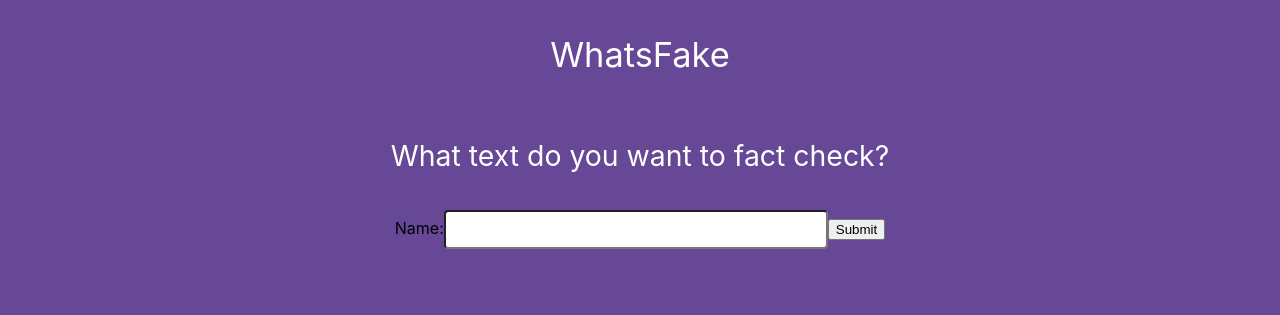
Repository: alkalox/FakeNews
Page: /
These files come from the project's save history. The page is drawn as it stood at one moment and after the next save; the edit follows.
The browser window is 1280 px wide. The pictures show the whole page.
The project was rebuilt for these pictures with package versions that can differ from the ones it lists, and the page was loaded fresh each time.

Above is the page before, as saved 2019-04-19 21:37:13.

### src/App.js
import React, { Component } from 'react';
import './App.css';

class App extends Component {
  constructor(props) {
    super(props);
    this.state = {value: ''};

    this.handleChange = this.handleChange.bind(this);
    this.handleSubmit = this.handleSubmit.bind(this);
  }

  handleChange(event) {
    this.setState({value: event.target.value});
  }

  handleSubmit(event) {
    alert('A name was submitted: ' + this.state.value);
    event.preventDefault();
  }

  render() {
    return (
      <div className="App">
        <div className = "Header">
          <header className="App-header">
            <p>
              WhatsFake
            </p>
          </header>
          <p className ="text">
            What text do you want to fact check?
          </p>
          <div className="Form">
            <form onSubmit={this.handleSubmit}>
              <label>
                Name:
                <input type="text" value={this.state.value} onChange={this.handleChange} className ="input" />
              </label>
              <input type="submit" value="Submit" />
            </form>
          </div>
        </div>
      </div>
    );
  }
}

export default App;

### src/App.css
.App {
  text-align: center;
}
.Header {
  text-align: center;
  background-color: #664897;
  min-height: 100vh;
}
.App-header {
  display: flex;
  flex-direction: column;
  align-items: center;
  justify-content: flex-start;
  font-size: calc(20px + 2vmin);
  color: white;
}

.input {
  width: 30%;
  padding: 10px 18px;
  margin: 8px 0;
  box-sizing: border-box;
  border-radius: 4px;
}

.text {
  display: flex;
  flex-direction: column;
  align-items: center;
  justify-content: center;
  font-size: calc(14px + 2vmin);
  color: white;
}

@keyframes App-logo-spin {
  from {
    transform: rotate(0deg);
  }
  to {
    transform: rotate(360deg);
  }
}

Loaded but not shown: public/index.html (common file); src/index.js (common file); src/index.css (common file); src/serviceWorker.js (common file)

After the next save:
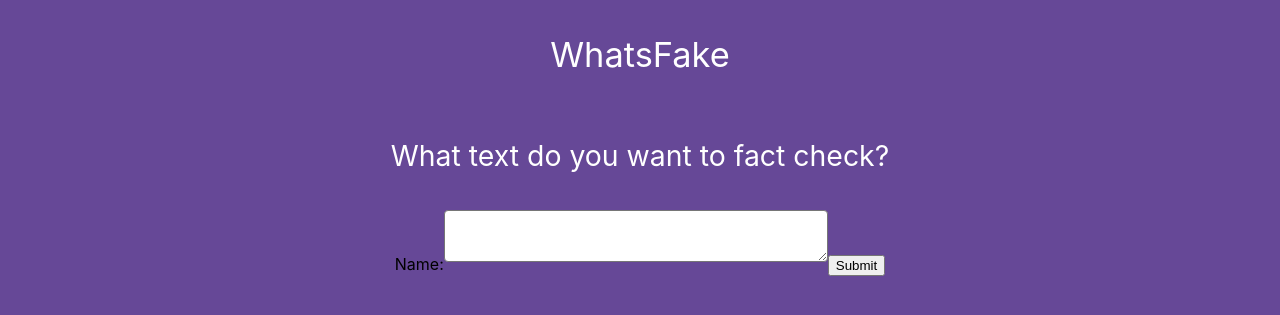
Saved 93 s later.
--- a/src/App.js
+++ b/src/App.js
@@ -35,7 +35,7 @@
             <form onSubmit={this.handleSubmit}>
               <label>
                 Name:
-                <input type="text" value={this.state.value} onChange={this.handleChange} className ="input" />
+                <textarea type="text" value={this.state.value} onChange={this.handleChange} className ="input" />
               </label>
               <input type="submit" value="Submit" />
             </form>

After the 3 saves that followed:
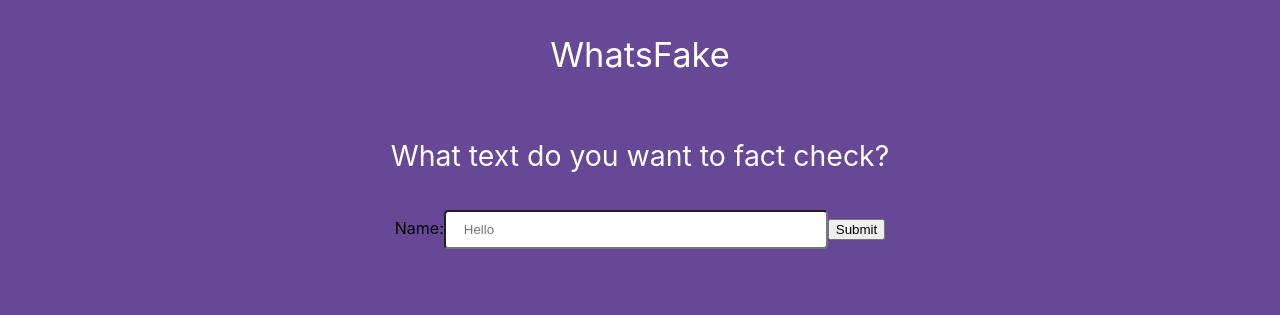
The 3 saves are shown as one change because 1 did not build or start and 1 left the picture as it was.
The last was saved 102 s later.
--- a/src/App.js
+++ b/src/App.js
@@ -35,7 +35,7 @@
             <form onSubmit={this.handleSubmit}>
               <label>
                 Name:
-                <textarea type="text" value={this.state.value} onChange={this.handleChange} className ="input" />
+                <input type="text" value={this.state.value} onChange={this.handleChange} placeholder = "Hello" className ="input" />
               </label>
               <input type="submit" value="Submit" />
             </form>
